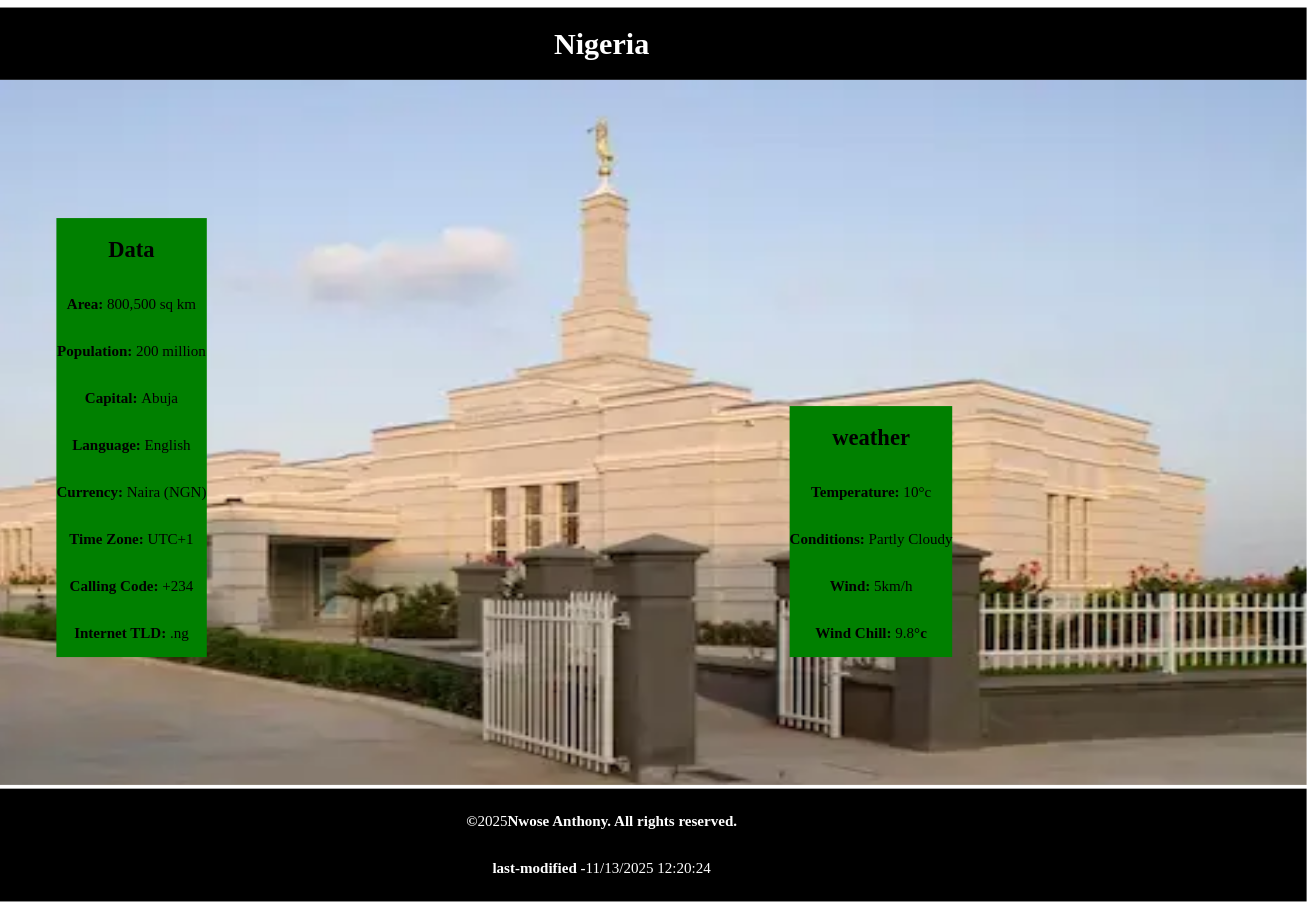
Repository: NoblesNigeria/wdd131
Page: place.html
An editor plug-in stored every save of this project. The page is shown before and after a run of saves, followed by the edit.
The browser window is 1280 px wide. The page is 1390 px wide, so the pictures cover 1390 px, including what lies to the right of the window. The pictures show the whole page, at 94% of full size.

Above is the page before, as saved 2025-11-13 17:52:49.

After the next 4 saves:
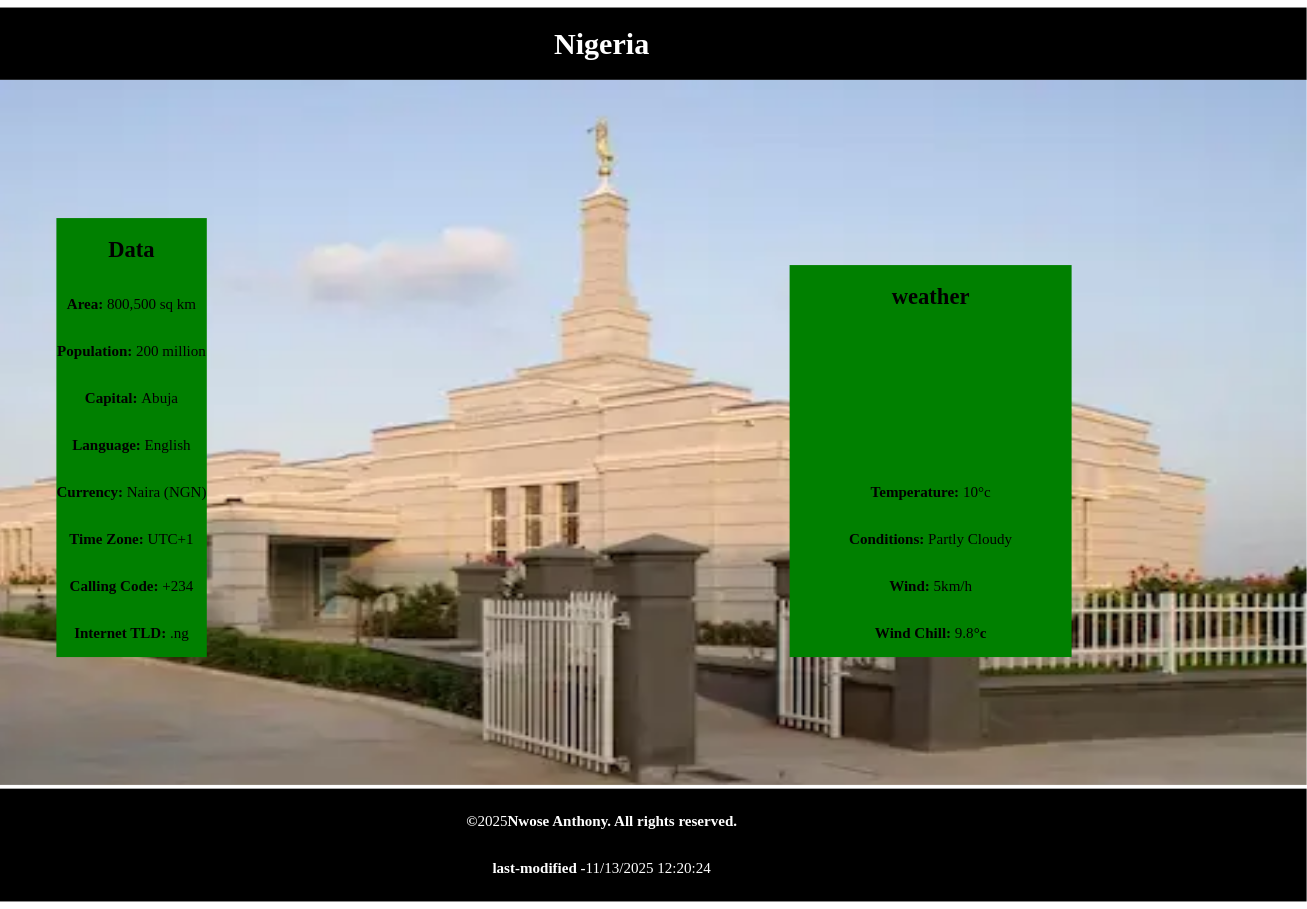
The 4 saves are shown as one change because they came seconds apart.
The last was saved 27 s later.
--- a/place.html
+++ b/place.html
@@ -26,7 +26,7 @@
             </picture>
             <figure class="content">
                 <h2>weather</h2>
-
+                <object></object>
                 <p>Temperature: <span id="temperature"></span></p>
                 <p>Conditions: <span id="conditions"></span></p>
                 <p>Wind: <span id="wind-speed"></span></p>
